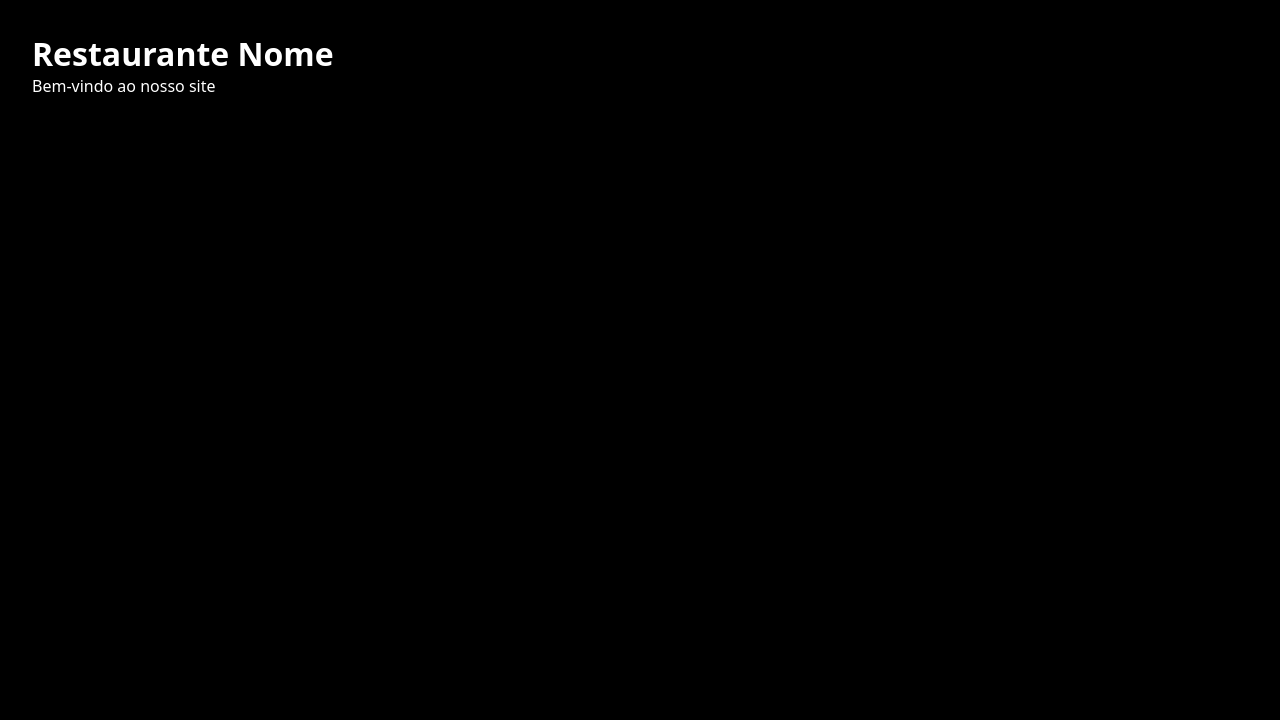
Repository: Fr4nc021/manzo
Page: /
The author's editor kept a copy of each file at every save. The page is drawn from the files as they stood at one save, then again after the next save.
The browser window is 1280 px wide. The pictures show the whole page.
The project was rebuilt for these pictures with package versions that can differ from the ones it lists, and the page was loaded fresh each time. Also part of the build but not shown: vite.config.ts.

Above is the page before, as saved 2026-01-21 11:04:20.

After the next save:
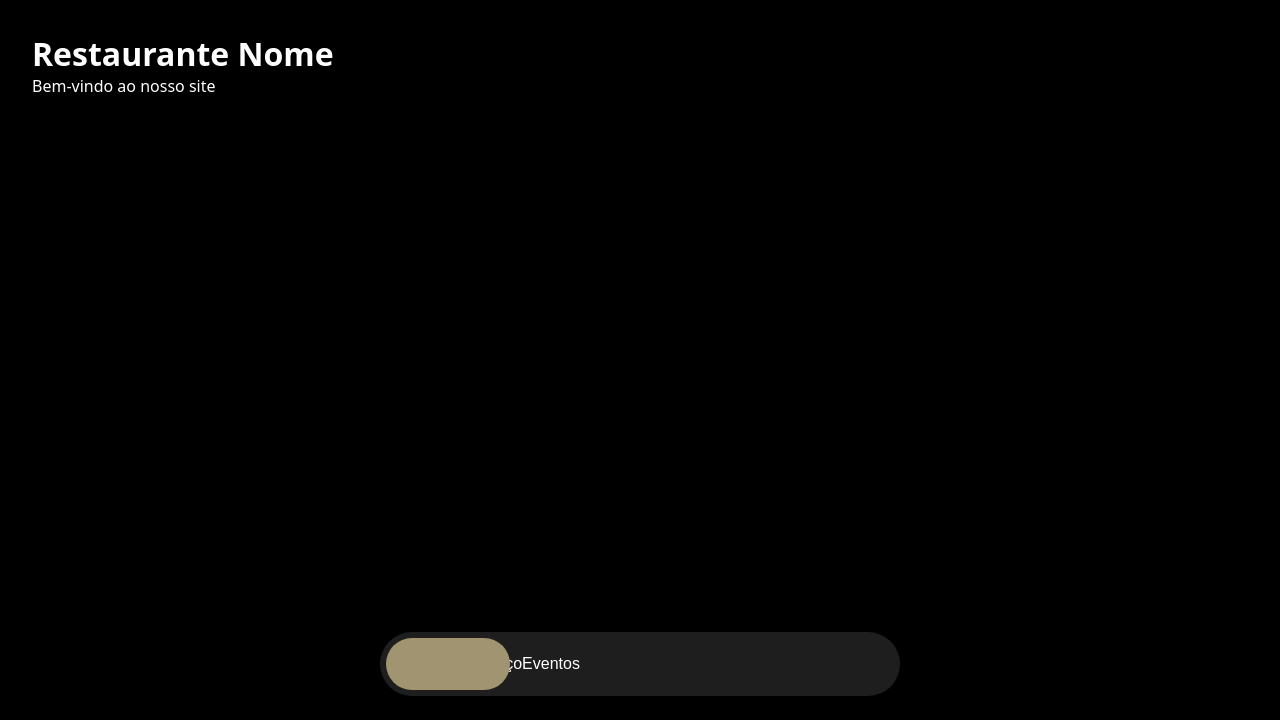
Saved 39 s later.
--- a/src/pages/Home.jsx
+++ b/src/pages/Home.jsx
@@ -1,8 +1,14 @@
+import BottomNav from "../components/BottomNav";
+
 export default function Home() {
   return (
+    <>
     <main style={{ minHeight: '100vh', padding: '2rem' }}>
       <h1>Restaurante Nome</h1>
       <p>Bem-vindo ao nosso site</p>
     </main>
+
+    <BottomNav />
+    </>
   )
 }
